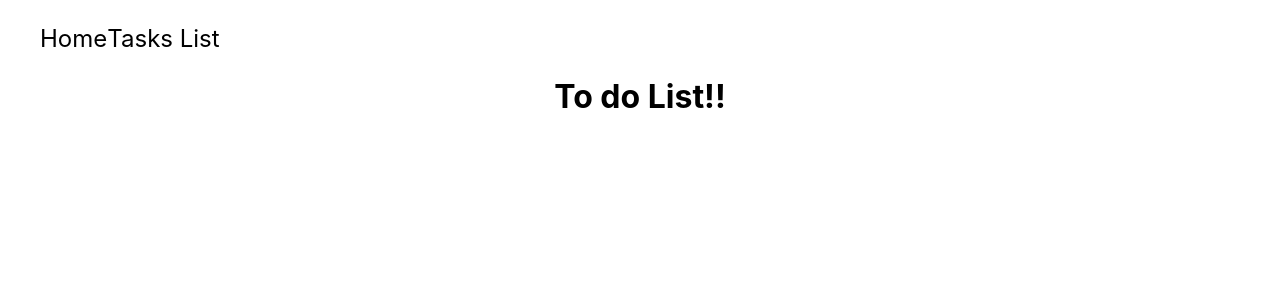
Repository: runner855/abstract_todolist
Page: /
The author's editor kept a copy of each file at every save. The page is drawn from the files as they stood at one save, then again after the next save.
The browser window is 1280 px wide. The pictures show the whole page.
The project was rebuilt for these pictures with package versions that can differ from the ones it lists, and the page was loaded fresh each time.

Above is the page before, as saved 2022-11-08 15:23:10.

After the next save:
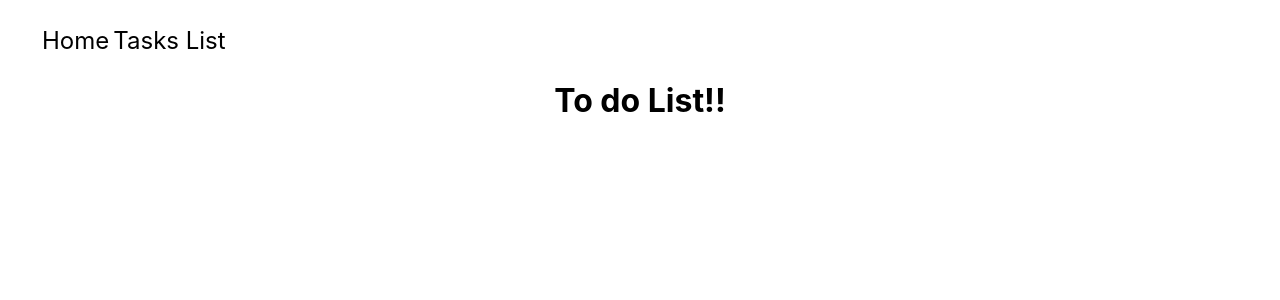
Saved 32 s later.
--- a/src/Header.css
+++ b/src/Header.css
@@ -5,3 +5,6 @@ ul{
    display: flex;
 
 }
+ul li {
+    padding: 2px;
+}
